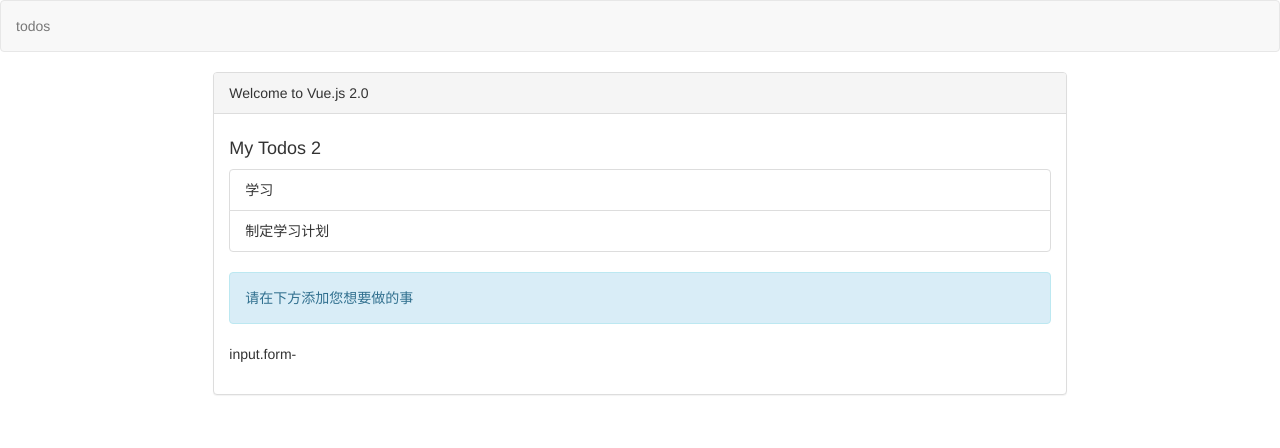
Repository: myr1111/todo
Page: Todoapp/index.html
The author's editor kept a copy of each file at every save. The page is drawn from the files as they stood at one save, then again after a run of saves.
The browser window is 1280 px wide. The pictures show the whole page.

Above is the page before, as saved 2019-04-01 08:27:23.

### Todoapp/index.html
<!DOCTYPE html>
<html lang="en">
<head>
    <meta charset="UTF-8">
    <meta name="viewport" content="width=device-width, initial-scale=1.0">
    <meta http-equiv="X-UA-Compatible" content="ie=edge">
    <title>Document</title>
    <link rel="stylesheet" href="bootstrap.min.css">
    <script src="vue.min.js"></script>
</head>
<body>
    <nav class="navbar navbar-default">
        <p class="navbar-text">todos</p>
    </nav>
    <div id="app" class="container col-md-8 col-md-offset-2">
        <div class="row">
            <div class="panel panel-default">
                <div class=" panel-heading">Welcome to Vue.js 2.0</div>
                <div class="panel-body">
                    <h4>My Todos {{todosCount}}</h4>
                    <ul class="list-group">
                        <li class="list-group-item"
                            v-for="todo in todos"
                        >{{todo.title}}</li>
                    </ul>
                    <div class="alert alert-info">请在下方添加您想要做的事</div>
                    <form >
                        <div class="form-group">
                            input.form-
                        </div>
                    </form>
                </div>
            </div>
        </div>
    </div>
    <script>
        new Vue({
            el : "#app",
            data : {
                todos : [
                    {title : "学习"},
                    {title : "制定学习计划"}
                ]
            },
            computed: {
                todosCount(){
                    return this.todos.length;
                }
            },
        });

    </script>
</body>
</html>

Loaded but not shown: Todoapp/bootstrap.min.css (library); Todoapp/vue.min.js (library)

After the next 2 saves:
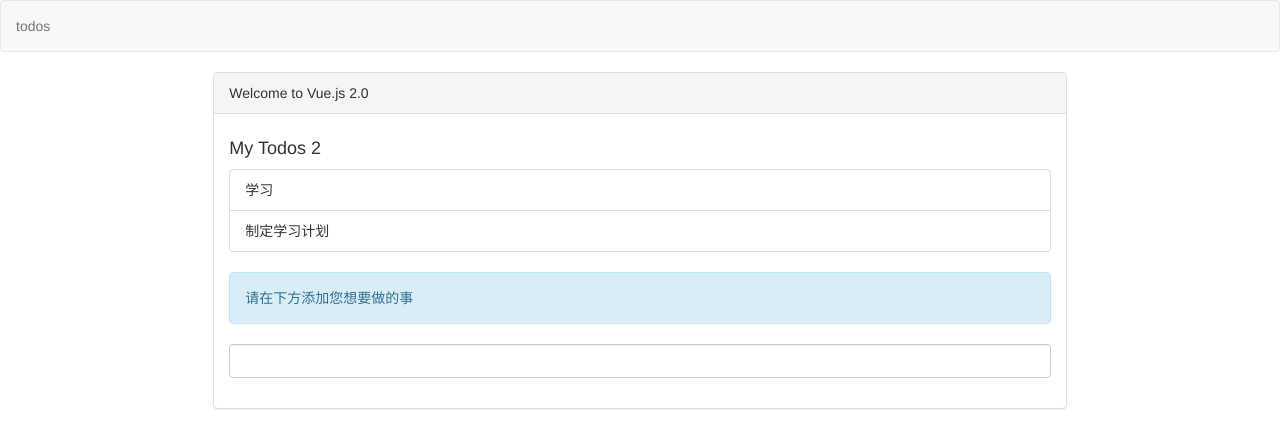
The 2 saves are shown as one change because they came seconds apart.
The last was saved 7 s later.
--- a/Todoapp/index.html
+++ b/Todoapp/index.html
@@ -26,7 +26,7 @@
                     <div class="alert alert-info">请在下方添加您想要做的事</div>
                     <form >
                         <div class="form-group">
-                            input.form-
+                            <input type="text" class="form-control">
                         </div>
                     </form>
                 </div>
